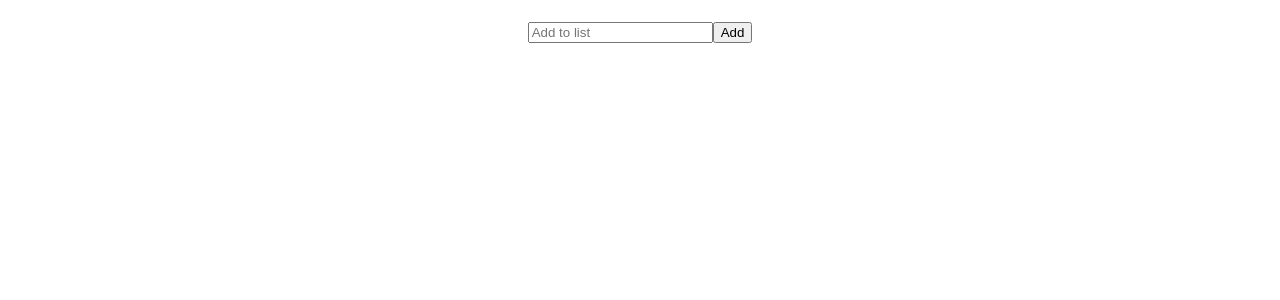
Repository: Seryozha02/ToDo
Page: /
These files come from the project's save history. The page is drawn as it stood at one moment and after a run of saves; the edit follows.
The browser window is 1280 px wide. The pictures show the whole page.
The project was rebuilt for these pictures with package versions that can differ from the ones it lists, and the page was loaded fresh each time.

Above is the page before, as saved 2022-03-07 14:13:16.

### src/App.js
import logo from './logo.svg';
import './App.css';
import Todolist from './components/ToDoList';

function App() {
  return (
    <div className="App">
        <Todolist />

    </div>
  );
}

export default App;

### src/components/ToDoList.jsx
import React from 'react';

const Todolist = () => {
    return (
        <div>
            <h1></h1>
            <input type="text" placeholder = "Add to list"/>
            <button> Add </button>
        </div>
    );
}

export default Todolist;

Loaded but not shown: public/index.html (common file); src/index.js (common file); src/index.css (common file); src/reportWebVitals.js (common file); src/App.css (common file)

After the next 2 saves:
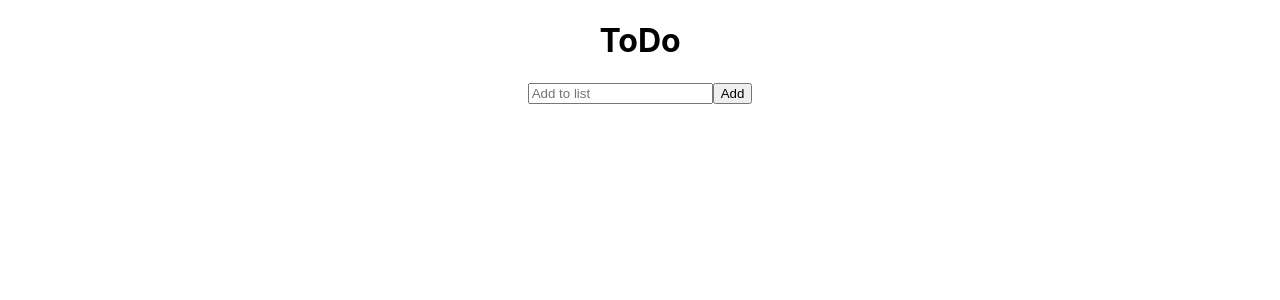
The 2 saves are shown as one change because they came seconds apart.
The last was saved 14 s later.
--- a/src/components/ToDoList.jsx
+++ b/src/components/ToDoList.jsx
@@ -3,7 +3,7 @@ import React from 'react';
 const Todolist = () => {
     return (
         <div>
-            <h1></h1>
+            <h1>ToDo</h1>
             <input type="text" placeholder = "Add to list"/>
             <button> Add </button>
         </div>
